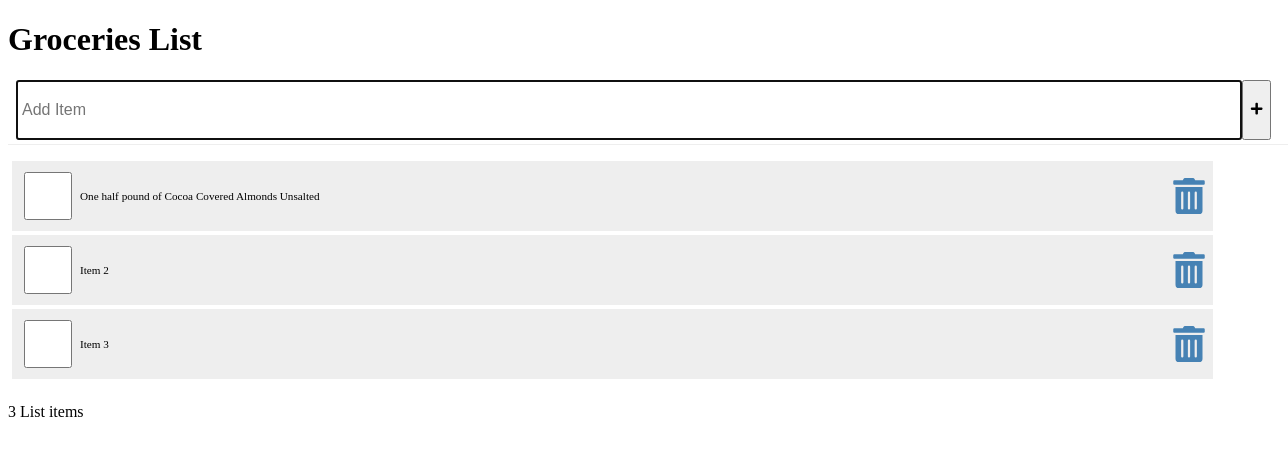
Repository: akinmiday/react-series
Page: /
These files come from the project's save history. The page is drawn as it stood at one moment and after the next save; the edit follows.
The browser window is 1280 px wide. The page is 1288 px wide, so the pictures cover 1288 px, including what lies to the right of the window. The pictures show the whole page.
The project was rebuilt for these pictures with package versions that can differ from the ones it lists, and the page was loaded fresh each time. Also part of the build but not shown: vite.config.js, src/index.css.

Above is the page before, as saved 2023-08-22 06:16:25.

After the next save:
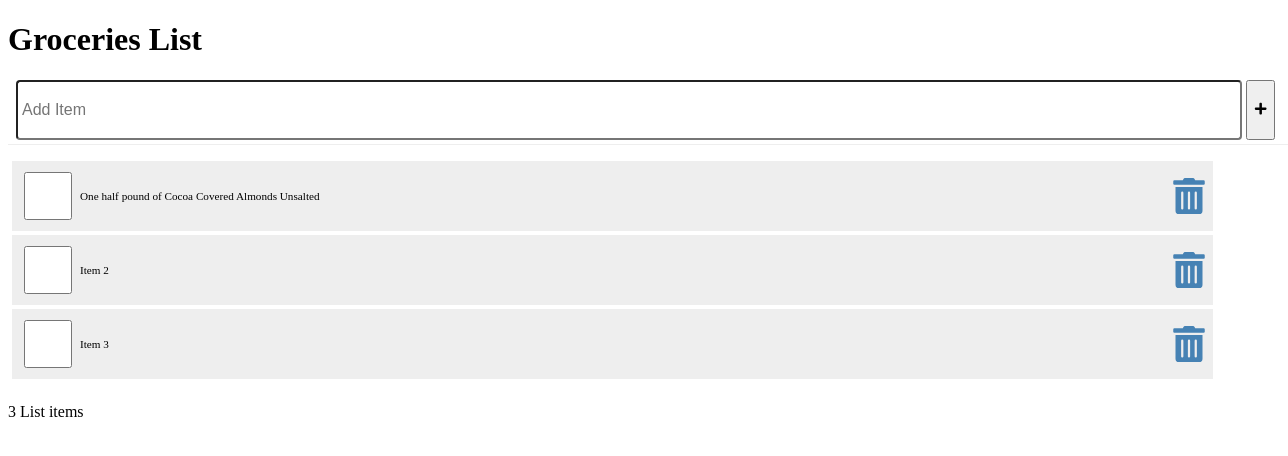
Saved 33 s later.
--- a/src/App.css
+++ b/src/App.css
@@ -73,4 +73,7 @@ text-decoration: underline;
     min-height: 48px;
     font-size: 1rem;
     padding: 0.25rem ;
+    border-radius: 0.25rem;
+    margin-right: 0.25rem;
+    outline: none;
 }
